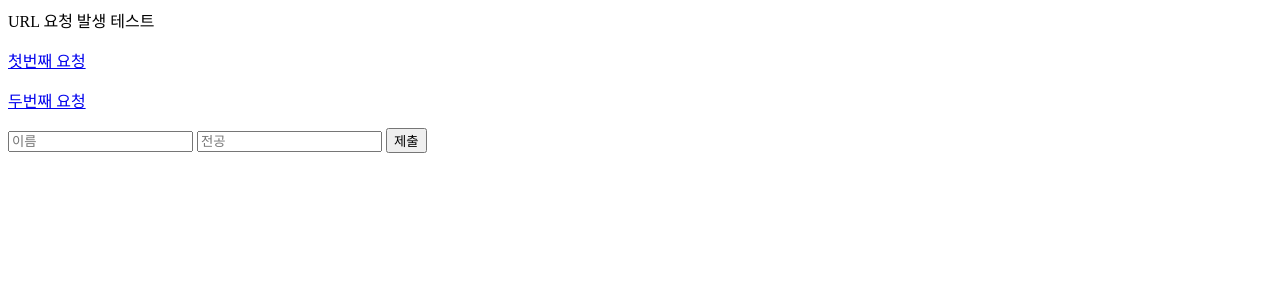
Repository: man332414/myJspStudy
Page: jsp_example/src/main/webapp/index.html
The author's editor kept a copy of each file at every save. The page is drawn from the files as they stood at one save, then again after the next save.
The browser window is 1280 px wide. The pictures show the whole page.

Above is the page before, as saved 2024-10-07 06:43:23.

### jsp_example/src/main/webapp/index.html
<!DOCTYPE html>
<html>
<head>
<meta charset="UTF-8">
<title>index</title>
</head>
<body>
	URL 요청 발생 테스트
	<p>
	<!-- Step 1. URL 만들기 -->
		<!-- http://localhost:8080/jsp_example/first -->
		<a href = "first"> 첫번째 요청</a>
	</p>
		<p>
	<!-- Step 1. URL 만들기 -->
		<!-- http://localhost:8080/jsp_example/first -->
		<a href = "second"> 두번째 요청</a>
	</p>

	<form action="first" method = "post">
		<input type = "text" name = "name" placeholder = "이름">
		<input type = "text" name = "major" placeholder = "전공">
		<input type = "submit" value = "제출">
	</form>

</body>
</html>

After the next save:
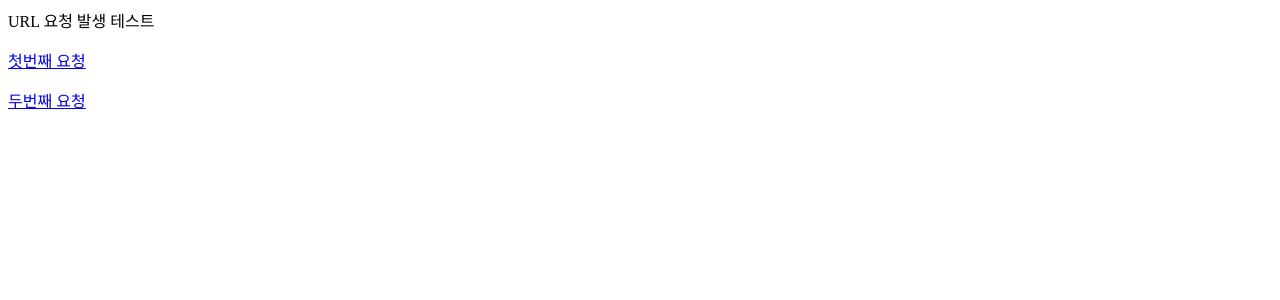
Saved 30 s later.
--- a/jsp_example/src/main/webapp/index.html
+++ b/jsp_example/src/main/webapp/index.html
@@ -16,12 +16,5 @@
 		<!-- http://localhost:8080/jsp_example/first -->
 		<a href = "second"> 두번째 요청</a>
 	</p>
-
-	<form action="first" method = "post">
-		<input type = "text" name = "name" placeholder = "이름">
-		<input type = "text" name = "major" placeholder = "전공">
-		<input type = "submit" value = "제출">
-	</form>
-
 </body>
 </html>
